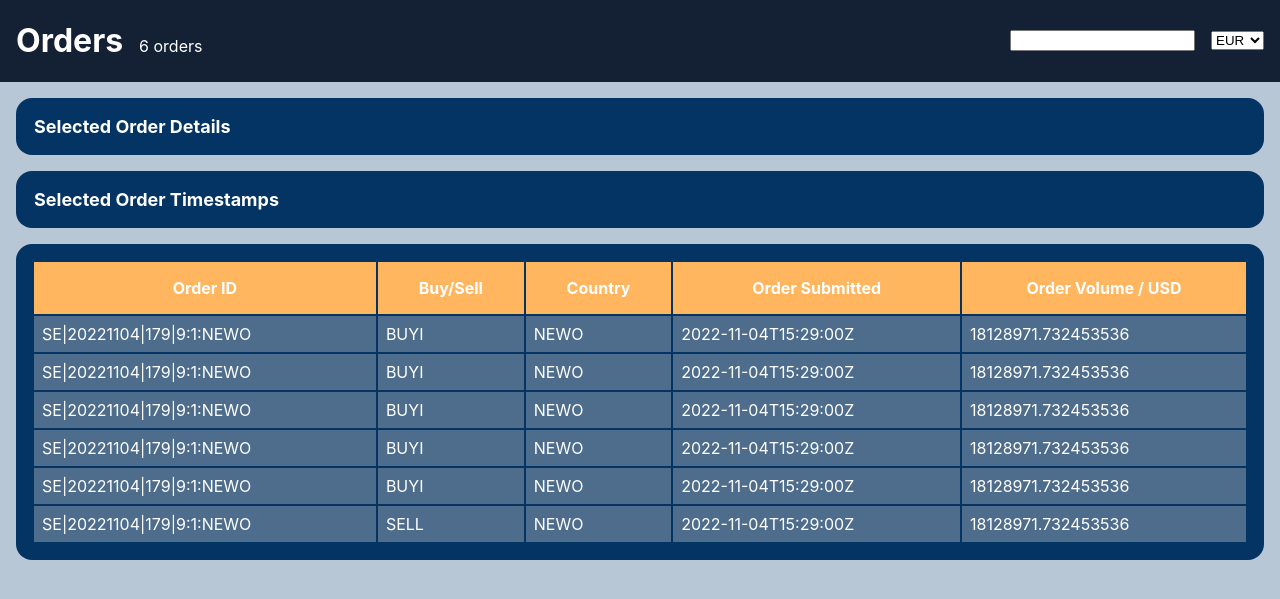
Repository: PreetiToppo/Assignment_Question_1
Page: /
An editor plug-in stored every save of this project. The page is shown before and after a run of saves, followed by the edit.
The browser window is 1280 px wide. The pictures show the whole page.
The project was rebuilt for these pictures with package versions that can differ from the ones it lists, and the page was loaded fresh each time.

Above is the page before, as saved 2023-08-04 19:28:53.

### src/pages/Dashboard.jsx
import { useState, useEffect } from "react";

// Data
import mockData from "../assets/data.json";
import timestamps from "../assets/timeStamps.json";

// Components
import Dropdown from "../component/dropdown/Dropdown";
import HeaderTitle from "../component/header-title/HeaderTitle";
import Search from "../component/search/Search";
import List from "../component/list/List";

// Styles
import styles from "./Dashboard.module.css";
import Card from "../component/card/Card";

const Dashboard = () => {
  const [currency, setCurrency] = useState("EUR");
  const [searchText, setSearchText] = useState("");

  const [selectedOrderDetails, setSelectedOrderDetails] = useState({});
  const [selectedOrderTimeStamps, setSelectedOrderTimeStamps] = useState({});

  const mergedData = mockData.results.map((item1) => ({
    ...item1,
    ...timestamps.results.find((item2) => item2.id === item1.id),
  }));

  return (
    <div>
      <div className={styles.header}>
        <HeaderTitle
          primaryTitle="Orders"
          secondaryTitle={`${mockData.results.length}
          orders`}
        />
        <div className={styles.actionBox}>
          <Search
            value={searchText}
            onChange={(e) => setSearchText(e.target.value)}
          />
          <Dropdown
            options={[
              "GBP",
              "USD",
              "JPY",
              "EUR",
              "AUD",
              "BGN",
              "BRL",
              "CAD",
              "CHF",
              "CNY",
              "DKK",
              "HKD",
              "HRK",
              "HUF",
              "IDR",
              "ILS",
              "KRW",
              "MXN",
              "MYR",
              "NOL",
              "NZD",
              "PHP",
              "PLN",
              "RON",
              "SEK",
              "SGD",
              "THB",
              "TRY",
              "ZAR",
            ]}
            onChange={(e) => setCurrency(e.target.value)}
            selectedItem={currency}
          />
        </div>
      </div>
      <div className={styles.content}>
        <div className={styles.section}>
          <Card
            cardData={selectedOrderDetails}
            title="Selected Order Details"
          />
          <Card
            cardData={selectedOrderTimeStamps}
            title="Selected Order Timestamps"
          />
        </div>
        <List rows={mergedData} currency={currency} search={searchText} />
      </div>
    </div>
  );
};

export default Dashboard;

### src/assets/data.json
{
  "header": {
    "returnedHits": 6,
    "totalHits": 151839,
    "skippedHits": 0,
    "previousSearchBefore": null,
    "nextSearchAfter": "WzE2Njc1NzU1NjAwMDBd",
    "offset": null
  },
  "results": [
    {
      "&hash": "f29403974dbdc9ce054b879d572610359a9f3d2d2531df63df8233a2ea879c78",
      "&id": "SE|20221104|179|9:1:NEWO",
      "&key": "Order:SE|20221104|179|9:1:NEWO:1667901986951",
      "&model": "Order",
      "executionDetails": {
        "buySellIndicator": "BUYI",
        "orderStatus": "NEWO",
        "orderType": "Market"
      },
      "statsDetails": {
        "avgVsArrivalPrice": 0.0,
        "avgArrivalPrice": 0.0,
        "avgVsMktPrice": 0.0,
        "avgMktPrice": 0.0,
        "avgVsBidAskSpread": 0.0,
        "avgBidAskSpread": 0.0,
        "avgVsClosePrice": 0.0,
        "avgClosePrice": 0.0,
        "avgVsInternalTwap": 0.0,
        "avgInternalTwap": 0.0,
        "avgVsInternalVwap": 0.0,
        "avgInternalVwap": 0.0,
        "avgVsMidPrice": 0.0,
        "avgMidPrice": 0.0,
        "avgVsMovingVwap": 0.0,
        "avgMovingVwap": 0.0,
        "avgVsTouchPrice": 0.0,
        "avgTouchPrice": 0.0,
        "avgVsOpenPrice": 0.0,
        "avgOpenPrice": 0.0,
        "avgVsVwap": 0.0,
        "avgVwap": 0.0,
        "avgPrice": 91.369091993762,
        "tradedQuantity": 195875.0,
        "amends": 0,
        "fills": 1,
        "lifeCycle": 1,
        "lastFillTime": 1667575741000
      },
      "bestExecutionData": {
        "orderVolume": {
          "AUD": 27757268.61955961,
          "BGN": 35456642.91433263,
          "BRL": 90068357.36117567,
          "CAD": 24203990.159998715,
          "CHF": 17880604.819718923,
          "CNY": 128523532.2000561,
          "CZK": 442745747.64998025,
          "DKK": 134913994.73574597,
          "EUR": 18128971.732453536,
          "GBP": 15858861.892115705,
          "HKD": 140486840.6463022,
          "HRK": 136607240.69555715,
          "HUF": 7272437010.473736,
          "IDR": 280850585574.541,
          "ILS": 63569239.379848324,
          "INR": 1468809289.7633855,
          "JPY": 2632145405.834929,
          "KRW": 25338863790.45031,
          "MXN": 349183937.43596077,
          "MYR": 84974116.30435622,
          "NOK": 184949956.71731773,
          "NZD": 30400472.698151335,
          "PHP": 1045534057.7540603,
          "PLN": 84888910.13721369,
          "RON": 88637981.49148509,
          "SEK": 196768233.3897042,
          "SGD": 25182954.633551206,
          "THB": 669067830.7579302,
          "TRY": 333292080.815292,
          "USD": 17896920.89427813,
          "ZAR": 322664877.5857278
        }
      },
      "transactionDetails": {
        "buySellIndicator": "BUYI",
        "priceCurrency": "USD",
        "priceNotation": "MONE",
        "quantityCurrency": "USD",
        "quantityNotation": "UNIT",
        "tradingCapacity": "AOTC",
        "ultimateVenue": "XNGS",
        "venue": "XNGS"
      }
    },
    {
      "&hash": "f29403974dbdc9ce054b879d572610359a9f3d2d2531df63df8233a2ea879c78",
      "&id": "SE|20221104|180|9:1:NEWO",
      "&key": "Order:SE|20221104|180|9:1:NEWO:1667901986951",
      "&model": "Order",
      "executionDetails": {
        "buySellIndicator": "BUYI",
        "orderStatus": "NEWO",
        "orderType": "Market"
      },
      "statsDetails": {
        "avgVsArrivalPrice": 0.0,
        "avgArrivalPrice": 0.0,
        "avgVsMktPrice": 0.0,
        "avgMktPrice": 0.0,
        "avgVsBidAskSpread": 0.0,
        "avgBidAskSpread": 0.0,
        "avgVsClosePrice": 0.0,
        "avgClosePrice": 0.0,
        "avgVsInternalTwap": 0.0,
        "avgInternalTwap": 0.0,
        "avgVsInternalVwap": 0.0,
        "avgInternalVwap": 0.0,
        "avgVsMidPrice": 0.0,
        "avgMidPrice": 0.0,
        "avgVsMovingVwap": 0.0,
        "avgMovingVwap": 0.0,
        "avgVsTouchPrice": 0.0,
        "avgTouchPrice": 0.0,
        "avgVsOpenPrice": 0.0,
        "avgOpenPrice": 0.0,
        "avgVsVwap": 0.0,
        "avgVwap": 0.0,
        "avgPrice": 91.369091993762,
        "tradedQuantity": 195875.0,
        "amends": 0,
        "fills": 1,
        "lifeCycle": 1,
        "lastFillTime": 1667575741000
      },
      "bestExecutionData": {
        "orderVolume": {
          "AUD": 27757268.61955961,
          "BGN": 35456642.91433263,
          "BRL": 90068357.36117567,
          "CAD": 24203990.159998715,
          "CHF": 17880604.819718923,
          "CNY": 128523532.2000561,
          "CZK": 442745747.64998025,
          "DKK": 134913994.73574597,
          "EUR": 18128971.732453536,
          "GBP": 15858861.892115705,
          "HKD": 140486840.6463022,
          "HRK": 136607240.69555715,
          "HUF": 7272437010.473736,
          "IDR": 280850585574.541,
          "ILS": 63569239.379848324,
          "INR": 1468809289.7633855,
          "JPY": 2632145405.834929,
          "KRW": 25338863790.45031,
          "MXN": 349183937.43596077,
          "MYR": 84974116.30435622,
          "NOK": 184949956.71731773,
          "NZD": 30400472.698151335,
          "PHP": 1045534057.7540603,
          "PLN": 84888910.13721369,
          "RON": 88637981.49148509,
          "SEK": 196768233.3897042,
          "SGD": 25182954.633551206,
          "THB": 669067830.7579302,
          "TRY": 333292080.815292,
          "USD": 17896920.89427813,
          "ZAR": 322664877.5857278
        }
      },
      "transactionDetails": {
        "buySellIndicator": "BUYI",
        "priceCurrency": "USD",
        "priceNotation": "MONE",
        "quantityCurrency": "USD",
        "quantityNotation": "UNIT",
        "tradingCapacity": "AOTC",
        "ultimateVenue": "XNGS",
        "venue": "XNGS"
      }
    },
    {
      "&hash": "f29403974dbdc9ce054b879d572610359a9f3d2d2531df63df8233a2ea879c78",
      "&id": "SE|20221104|181|9:1:NEWO",
      "&key": "Order:SE|20221104|181|9:1:NEWO:1667901986951",
      "&model": "Order",
      "executionDetails": {
        "buySellIndicator": "BUYI",
        "orderStatus": "NEWO",
        "orderType": "Market"
      },
      "statsDetails": {
        "avgVsArrivalPrice": 0.0,
        "avgArrivalPrice": 0.0,
        "avgVsMktPrice": 0.0,
        "avgMktPrice": 0.0,
        "avgVsBidAskSpread": 0.0,
        "avgBidAskSpread": 0.0,
        "avgVsClosePrice": 0.0,
        "avgClosePrice": 0.0,
        "avgVsInternalTwap": 0.0,
        "avgInternalTwap": 0.0,
        "avgVsInternalVwap": 0.0,
        "avgInternalVwap": 0.0,
        "avgVsMidPrice": 0.0,
        "avgMidPrice": 0.0,
        "avgVsMovingVwap": 0.0,
        "avgMovingVwap": 0.0,
        "avgVsTouchPrice": 0.0,
        "avgTouchPrice": 0.0,
        "avgVsOpenPrice": 0.0,
        "avgOpenPrice": 0.0,
        "avgVsVwap": 0.0,
        "avgVwap": 0.0,
        "avgPrice": 91.369091993762,
        "tradedQuantity": 195875.0,
        "amends": 0,
        "fills": 1,
        "lifeCycle": 1,
        "lastFillTime": 1667575741000
      },
      "bestExecutionData": {
        "orderVolume": {
          "AUD": 27757268.61955961,
          "BGN": 35456642.91433263,
          "BRL": 90068357.36117567,
          "CAD": 24203990.159998715,
          "CHF": 17880604.819718923,
          "CNY": 128523532.2000561,
          "CZK": 442745747.64998025,
          "DKK": 134913994.73574597,
          "EUR": 18128971.732453536,
          "GBP": 15858861.892115705,
          "HKD": 140486840.6463022,
          "HRK": 136607240.69555715,
          "HUF": 7272437010.473736,
          "IDR": 280850585574.541,
          "ILS": 63569239.379848324,
          "INR": 1468809289.7633855,
          "JPY": 2632145405.834929,
          "KRW": 25338863790.45031,
          "MXN": 349183937.43596077,
          "MYR": 84974116.30435622,
          "NOK": 184949956.71731773,
          "NZD": 30400472.698151335,
          "PHP": 1045534057.7540603,
          "PLN": 84888910.13721369,
          "RON": 88637981.49148509,
          "SEK": 196768233.3897042,
          "SGD": 25182954.633551206,
          "THB": 669067830.7579302,
          "TRY": 333292080.815292,
          "USD": 17896920.89427813,
          "ZAR": 322664877.5857278
        }
      },
      "transactionDetails": {
        "buySellIndicator": "BUYI",
        "priceCurrency": "USD",
        "priceNotation": "MONE",
        "quantityCurrency": "USD",
        "quantityNotation": "UNIT",
        "tradingCapacity": "AOTC",
        "ultimateVenue": "XNGS",
        "venue": "XNGS"
      }
    },
    {
      "&hash": "f29403974dbdc9ce054b879d572610359a9f3d2d2531df63df8233a2ea879c78",
      "&id": "SE|20221104|182|9:1:NEWO",
      "&key": "Order:SE|20221104|182|9:1:NEWO:1667901986951",
      "&model": "Order",
      "executionDetails": {
        "buySellIndicator": "BUYI",
        "orderStatus": "NEWO",
        "orderType": "Market"
      },
      "statsDetails": {
        "avgVsArrivalPrice": 0.0,
        "avgArrivalPrice": 0.0,
        "avgVsMktPrice": 0.0,
        "avgMktPrice": 0.0,
        "avgVsBidAskSpread": 0.0,
        "avgBidAskSpread": 0.0,
        "avgVsClosePrice": 0.0,
        "avgClosePrice": 0.0,
        "avgVsInternalTwap": 0.0,
        "avgInternalTwap": 0.0,
        "avgVsInternalVwap": 0.0,
        "avgInternalVwap": 0.0,
        "avgVsMidPrice": 0.0,
        "avgMidPrice": 0.0,
        "avgVsMovingVwap": 0.0,
        "avgMovingVwap": 0.0,
        "avgVsTouchPrice": 0.0,
        "avgTouchPrice": 0.0,
        "avgVsOpenPrice": 0.0,
        "avgOpenPrice": 0.0,
        "avgVsVwap": 0.0,
        "avgVwap": 0.0,
        "avgPrice": 91.369091993762,
        "tradedQuantity": 195875.0,
        "amends": 0,
        "fills": 1,
        "lifeCycle": 1,
        "lastFillTime": 1667575741000
      },
      "bestExecutionData": {
        "orderVolume": {
          "AUD": 27757268.61955961,
          "BGN": 35456642.91433263,
          "BRL": 90068357.36117567,
          "CAD": 24203990.159998715,
          "CHF": 17880604.819718923,
          "CNY": 128523532.2000561,
          "CZK": 442745747.64998025,
          "DKK": 134913994.73574597,
          "EUR": 18128971.732453536,
          "GBP": 15858861.892115705,
          "HKD": 140486840.6463022,
          "HRK": 136607240.69555715,
          "HUF": 7272437010.473736,
          "IDR": 280850585574.541,
          "ILS": 63569239.379848324,
          "INR": 1468809289.7633855,
          "JPY": 2632145405.834929,
          "KRW": 25338863790.45031,
          "MXN": 349183937.43596077,
          "MYR": 84974116.30435622,
          "NOK": 184949956.71731773,
          "NZD": 30400472.698151335,
          "PHP": 1045534057.7540603,
          "PLN": 84888910.13721369,
          "RON": 88637981.49148509,
          "SEK": 196768233.3897042,
          "SGD": 25182954.633551206,
          "THB": 669067830.7579302,
          "TRY": 333292080.815292,
          "USD": 17896920.89427813,
          "ZAR": 322664877.5857278
        }
      },
      "transactionDetails": {
        "buySellIndicator": "BUYI",
        "priceCurrency": "USD",
        "priceNotation": "MONE",
        "quantityCurrency": "USD",
        "quantityNotation": "UNIT",
        "tradingCapacity": "AOTC",
        "ultimateVenue": "XNGS",
        "venue": "XNGS"
      }
    },
    {
      "&hash": "f29403974dbdc9ce054b879d572610359a9f3d2d2531df63df8233a2ea879c78",
      "&id": "SE|20221104|183|9:1:NEWO",
      "&key": "Order:SE|20221104|183|9:1:NEWO:1667901986951",
      "&model": "Order",
      "executionDetails": {
        "buySellIndicator": "BUYI",
        "orderStatus": "NEWO",
        "orderType": "Market"
      },
      "statsDetails": {
        "avgVsArrivalPrice": 0.0,
        "avgArrivalPrice": 0.0,
        "avgVsMktPrice": 0.0,
        "avgMktPrice": 0.0,
        "avgVsBidAskSpread": 0.0,
        "avgBidAskSpread": 0.0,
        "avgVsClosePrice": 0.0,
        "avgClosePrice": 0.0,
        "avgVsInternalTwap": 0.0,
        "avgInternalTwap": 0.0,
        "avgVsInternalVwap": 0.0,
        "avgInternalVwap": 0.0,
        "avgVsMidPrice": 0.0,
        "avgMidPrice": 0.0,
        "avgVsMovingVwap": 0.0,
        "avgMovingVwap": 0.0,
        "avgVsTouchPrice": 0.0,
        "avgTouchPrice": 0.0,
        "avgVsOpenPrice": 0.0,
        "avgOpenPrice": 0.0,
        "avgVsVwap": 0.0,
        "avgVwap": 0.0,
        "avgPrice": 91.369091993762,
        "tradedQuantity": 195875.0,
        "amends": 0,
        "fills": 1,
        "lifeCycle": 1,
        "lastFillTime": 1667575741000
      },
      "bestExecutionData": {
        "orderVolume": {
          "AUD": 27757268.61955961,
          "BGN": 35456642.91433263,
          "BRL": 90068357.36117567,
          "CAD": 24203990.159998715,
          "CHF": 17880604.819718923,
          "CNY": 128523532.2000561,
          "CZK": 442745747.64998025,
          "DKK": 134913994.73574597,
          "EUR": 18128971.732453536,
          "GBP": 15858861.892115705,
          "HKD": 140486840.6463022,
          "HRK": 136607240.69555715,
          "HUF": 7272437010.473736,
          "IDR": 280850585574.541,
          "ILS": 63569239.379848324,
          "INR": 1468809289.7633855,
          "JPY": 2632145405.834929,
          "KRW": 25338863790.45031,
          "MXN": 349183937.43596077,
          "MYR": 84974116.30435622,
          "NOK": 184949956.71731773,
          "NZD": 30400472.698151335,
          "PHP": 1045534057.7540603,
          "PLN": 84888910.13721369,
          "RON": 88637981.49148509,
          "SEK": 196768233.3897042,
          "SGD": 25182954.633551206,
          "THB": 669067830.7579302,
          "TRY": 333292080.815292,
          "USD": 17896920.89427813,
          "ZAR": 322664877.5857278
        }
      },
      "transactionDetails": {
        "buySellIndicator": "BUYI",
        "priceCurrency": "USD",
        "priceNotation": "MONE",
        "quantityCurrency": "USD",
        "quantityNotation": "UNIT",
        "tradingCapacity": "AOTC",
        "ultimateVenue": "XNGS",
        "venue": "XNGS"
      }
    },
    {
      "&hash": "f29403974dbdc9ce054b879d572610359a9f3d2d2531df63df8233a2ea879c78",
      "&id": "SE|202211454|184|9:1:NEWO",
      "&key": "Order:SE|20221104|184|9:1:NEWO:1667901986951",
      "&model": "Order",
      "executionDetails": {
        "buySellIndicator": "SELL",
        "orderStatus": "NEWO",
        "orderType": "Market"
      },
      "statsDetails": {
        "avgVsArrivalPrice": 0.0,
        "avgArrivalPrice": 0.0,
        "avgVsMktPrice": 0.0,
        "avgMktPrice": 0.0,
        "avgVsBidAskSpread": 0.0,
        "avgBidAskSpread": 0.0,
        "avgVsClosePrice": 0.0,
        "avgClosePrice": 0.0,
        "avgVsInternalTwap": 0.0,
        "avgInternalTwap": 0.0,
        "avgVsInternalVwap": 0.0,
        "avgInternalVwap": 0.0,
        "avgVsMidPrice": 0.0,
        "avgMidPrice": 0.0,
        "avgVsMovingVwap": 0.0,
        "avgMovingVwap": 0.0,
        "avgVsTouchPrice": 0.0,
        "avgTouchPrice": 0.0,
        "avgVsOpenPrice": 0.0,
        "avgOpenPrice": 0.0,
        "avgVsVwap": 0.0,
        "avgVwap": 0.0,
        "avgPrice": 91.369091993762,
        "tradedQuantity": 195875.0,
        "amends": 0,
        "fills": 1,
        "lifeCycle": 1,
        "lastFillTime": 1667575741000
      },
      "bestExecutionData": {
        "orderVolume": {
          "AUD": 27757268.61955961,
          "BGN": 35456642.91433263,
          "BRL": 90068357.36117567,
          "CAD": 24203990.159998715,
          "CHF": 17880604.819718923,
          "CNY": 128523532.2000561,
          "CZK": 442745747.64998025,
          "DKK": 134913994.73574597,
          "EUR": 18128971.732453536,
          "GBP": 15858861.892115705,
          "HKD": 140486840.6463022,
          "HRK": 136607240.69555715,
          "HUF": 7272437010.473736,
          "IDR": 280850585574.541,
          "ILS": 63569239.379848324,
          "INR": 1468809289.7633855,
          "JPY": 2632145405.834929,
          "KRW": 25338863790.45031,
          "MXN": 349183937.43596077,
          "MYR": 84974116.30435622,
          "NOK": 184949956.71731773,
          "NZD": 30400472.698151335,
          "PHP": 1045534057.7540603,
          "PLN": 84888910.13721369,
          "RON": 88637981.49148509,
          "SEK": 196768233.3897042,
          "SGD": 25182954.633551206,
          "THB": 669067830.7579302,
          "TRY": 333292080.815292,
          "USD": 17896920.89427813,
          "ZAR": 322664877.5857278
        }
      },
      "transactionDetails": {
        "buySellIndicator": "BUYI",
        "priceCurrency": "USD",
        "priceNotation": "MONE",
        "quantityCurrency": "USD",
        "quantityNotation": "UNIT",
        "tradingCapacity": "AOTC",
        "ultimateVenue": "XNGS",
        "venue": "XNGS"
      }
    }
  ]
}

### src/assets/timeStamps.json
{
  "results": [
    {
      "&id": "SE|20221104|179|9:1:NEWO",
      "timestamps": {
        "orderReceived": "2022-11-04T15:29:00Z",
        "orderStatusUpdated": "2022-11-04T15:29:00Z",
        "orderSubmitted": "2022-11-04T15:29:00Z"
      }
    },
    {
      "&id": "SE|20221104|180|9:1:NEWO",
      "timestamps": {
        "orderReceived": "2022-11-04T15:29:00Z",
        "orderStatusUpdated": "2022-11-04T15:29:00Z",
        "orderSubmitted": "2022-11-04T15:29:00Z"
      }
    },
    {
      "&id": "SE|20221104|181|9:1:NEWO",
      "timestamps": {
        "orderReceived": "2022-11-04T15:29:00Z",
        "orderStatusUpdated": "2022-11-04T15:29:00Z",
        "orderSubmitted": "2022-11-04T15:29:00Z"
      }
    },
    {
      "&id": "SE|20221104|182|9:1:NEWO",
      "timestamps": {
        "orderReceived": "2022-11-04T15:29:00Z",
        "orderStatusUpdated": "2022-11-04T15:29:00Z",
        "orderSubmitted": "2022-11-04T15:29:00Z"
      }
    },
    {
      "&id": "SE|20221104|183|9:1:NEWO",
      "timestamps": {
        "orderReceived": "2022-11-04T15:29:00Z",
        "orderStatusUpdated": "2022-11-04T15:29:00Z",
        "orderSubmitted": "2022-11-04T15:29:00Z"
      }
    },
    {
      "&id": "SE|202211454|184|9:1:NEWO",
      "timestamps": {
        "orderReceived": "2022-11-04T15:29:00Z",
        "orderStatusUpdated": "2022-11-04T15:29:00Z",
        "orderSubmitted": "2022-11-04T15:29:00Z"
      }
    }
  ]
}

### src/component/search/Search.jsx
const Search = ({ searchText, onChange }) => {
  return <input type="text" value={searchText} onChange={onChange} />
}

export default Search

### src/component/list/List.jsx
import ListRow from "./ListRow";
import ListRowCell from "./ListRowCell";

import ListHeader from "./ListHeader";
import ListHeaderCell from "./ListHeaderCell";

import styles from "./List.module.css";

const List = ({ rows, currency, search }) => {
  return (
    <table className={styles.container}>
      <thead>
        <ListHeader>
          <ListHeaderCell>Order ID</ListHeaderCell>
          <ListHeaderCell>Buy/Sell</ListHeaderCell>
          <ListHeaderCell>Country</ListHeaderCell>
          <ListHeaderCell>Order Submitted</ListHeaderCell>
          <ListHeaderCell>Order Volume / USD</ListHeaderCell>
        </ListHeader>
      </thead>
      <tbody>
        {rows
          .filter((order) => {
            return search.toUpperCase() === ""
              ? order
              : order.executionDetails.buySellIndicator
                  .toUpperCase()
                  .includes(search);
          })
          .map((row, index) => (
            <ListRow key={index}>
              <ListRowCell>{row["&id"]}</ListRowCell>
              <ListRowCell>{row.executionDetails.buySellIndicator}</ListRowCell>
              <ListRowCell>{row.executionDetails.orderStatus}</ListRowCell>
              <ListRowCell>{row.timestamps.orderSubmitted}</ListRowCell>
              <ListRowCell>
                {row.bestExecutionData.orderVolume[currency]}
              </ListRowCell>
            </ListRow>
          ))}
      </tbody>
    </table>
  );
};

export default List;

### src/pages/Dashboard.module.css
.header {
  display: flex;
  padding: 0 1em;
  background-color: #142033;
  color: white;
  justify-content: space-between;
}

.actionBox {
  display: flex;
  justify-content: center;
  align-items: center;
  gap: 1em;
}

.content {
  display: flex;
  flex-direction: column;
  background-color: rgb(184, 199, 214);
  gap: 1em;
  margin: 1em;
}

.section {
  display: flex;
  flex-direction: column;
  gap: 1em;
}

### src/component/card/Card.jsx
import styles from "./Card.module.css";

const Card = ({ cardData, title }) => {
  if (!cardData) return null;
  return (
    <div className={styles.container}>
      <div className={styles.title}>{title}</div>
      {Object.entries(cardData).map(([k, v]) => (
        <div className={styles.cell}>
          <div className={styles.value}>{k}</div>
          <div className={styles.value}>{v}</div>
        </div>
      ))}
    </div>
  );
};

export default Card;

### src/component/list/ListRow.jsx
import styles from "./ListRow.module.css";

const ListCell = ({ children }) => {
  return <tr className={styles.cell}>{children}</tr>;
};

export default ListCell;

### src/component/list/ListRowCell.jsx
import styles from "./ListRowCell.module.css";

const ListRowCell = ({ children }) => {
  return <td className={styles.cell}>{children}</td>;
};

export default ListRowCell;

### src/component/card/Card.module.css
.container {
  background-color: #043463;
  border-radius: 1em;
  color: white;
}

.cell {
  display: grid;
  grid-template-columns: 1fr 1fr;
  gap: 1em;
  padding: 1em;
  background-color: rgba(255, 255, 255, 0.089);
}

.title {
  padding: 1em;
  font-size: large;
  font-weight: bold;
}

.value {
  border-bottom: 1px solid;
}

Loaded but not shown: public/index.html (common file); src/index.js (common file); src/App.js (common file); src/reportWebVitals.js (common file); src/index.css (common file); src/component/dropdown/Dropdown.jsx (common file); src/component/header-title/HeaderTitle.jsx (common file); src/component/header-title/HeaderTitle.module.css (common file); src/component/list/ListHeader.jsx (common file); src/component/list/ListHeaderCell.jsx (common file); src/component/list/List.module.css (common file); src/component/list/ListRow.module.css (common file); src/component/list/ListRowCell.module.css (common file); src/component/list/ListHeaderCell.module.css (common file)

After the next 2 saves:
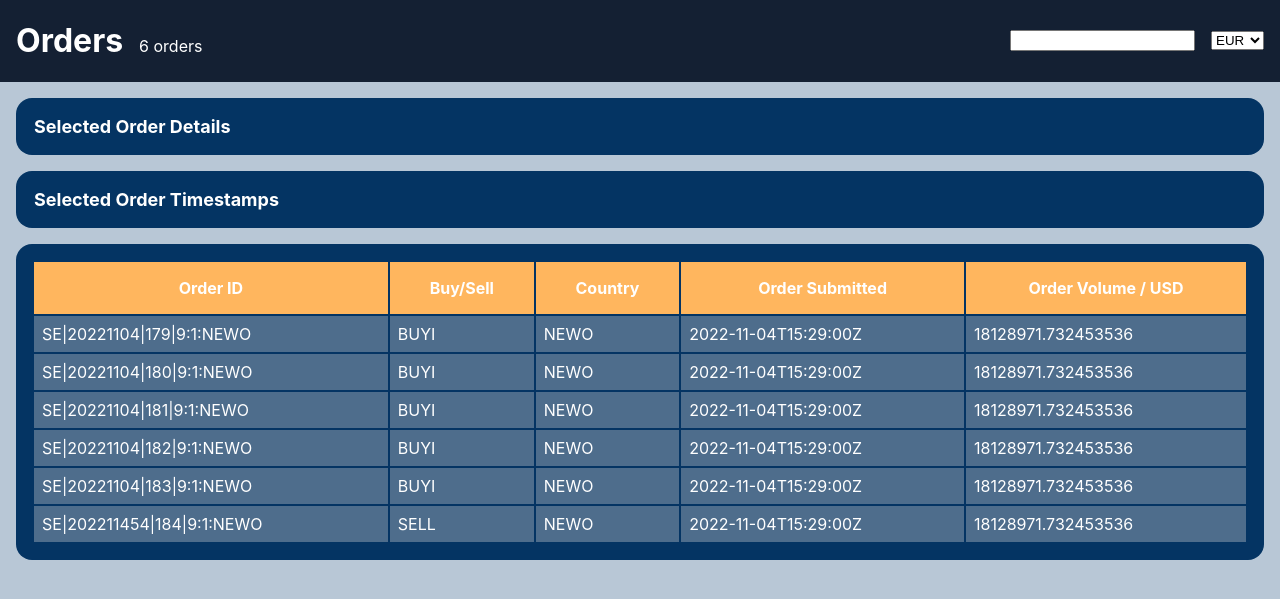
The 2 saves are shown as one change because 1 did not build or start.
The last was saved 93 s later.
--- a/src/pages/Dashboard.jsx
+++ b/src/pages/Dashboard.jsx
@@ -21,10 +21,18 @@ const Dashboard = () => {
   const [selectedOrderDetails, setSelectedOrderDetails] = useState({});
   const [selectedOrderTimeStamps, setSelectedOrderTimeStamps] = useState({});
 
-  const mergedData = mockData.results.map((item1) => ({
-    ...item1,
-    ...timestamps.results.find((item2) => item2.id === item1.id),
-  }));
+  const merged = () => {
+    const mergedData = mockData.results.map((order, index) => {
+      const timestampsData = timestamps.results[index]?.timestamps;
+      if (timestampsData) {
+        return { ...order, timestamps: timestampsData };
+      }
+      return order;
+    });
+    return { ...mockData, results: mergedData };
+  };
+
+  const data = merged();
 
   return (
     <div>
@@ -87,7 +95,7 @@ const Dashboard = () => {
             title="Selected Order Timestamps"
           />
         </div>
-        <List rows={mergedData} currency={currency} search={searchText} />
+        <List rows={data.results} currency={currency} search={searchText} />
       </div>
     </div>
   );
